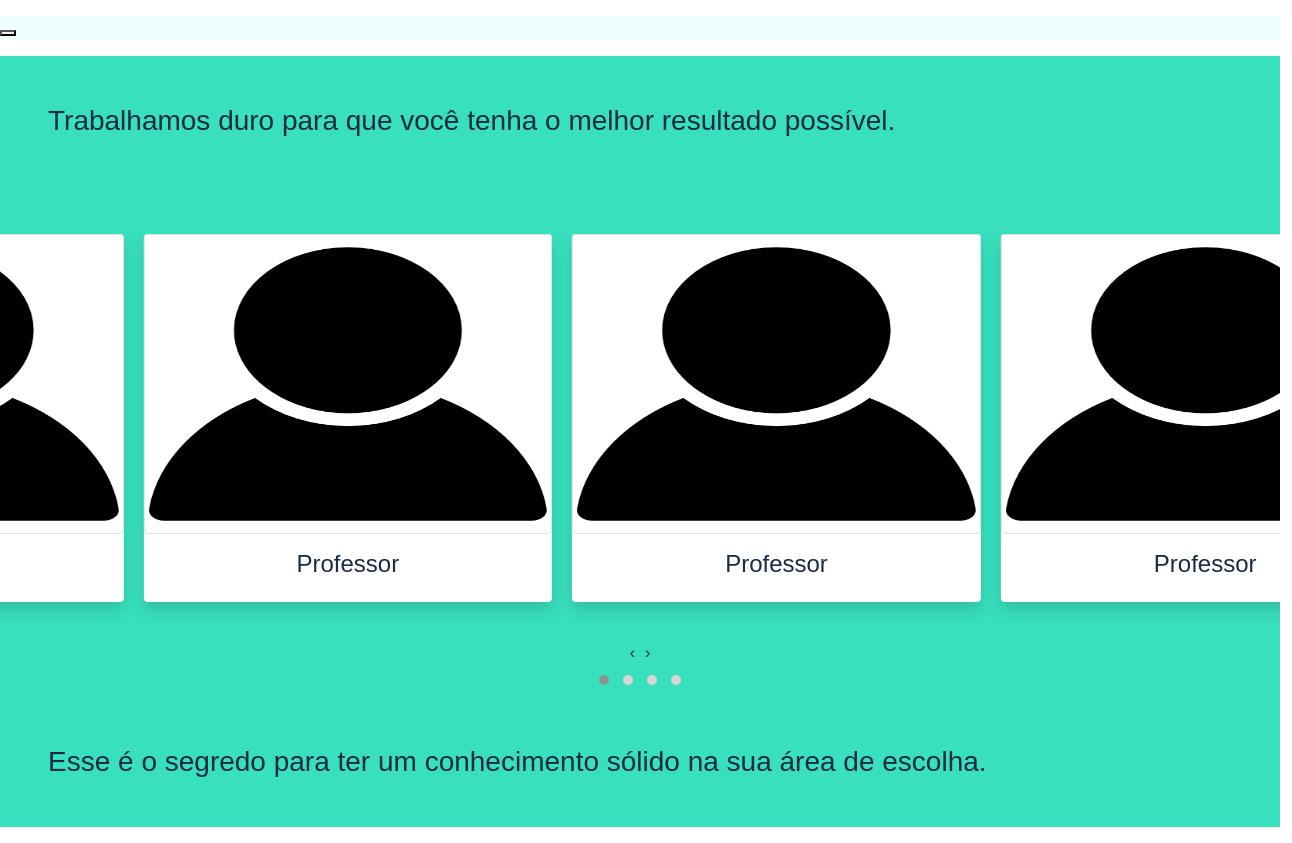
Repository: MarTech-Coders-Planejamento/site-oficial
Page: home.html
These files come from the project's save history. The page is drawn as it stood at one moment and after the next save; the edit follows.
The browser window is 1280 px wide. The page is 1292 px wide, so the pictures cover 1292 px, including what lies to the right of the window. The pictures show the whole page.
Some web fonts or font styles are not loaded; a fallback is used.

Above is the page before, as saved 2021-10-22 23:59:14.

After the next save:
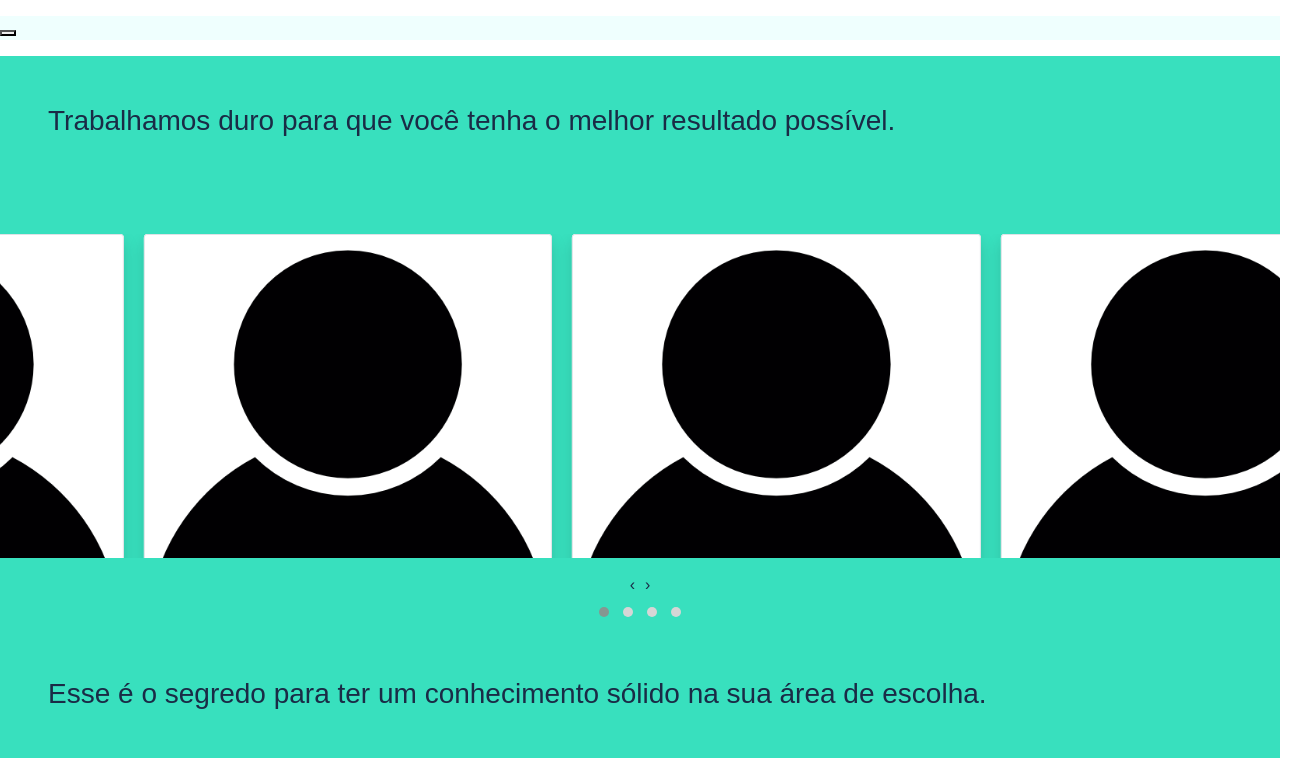
Saved 32 s later.
--- a/css/home.css
+++ b/css/home.css
@@ -23,7 +23,7 @@
   color: var(--texto);
 }
 
-.item img{
+.item {
   height: 300px;
 }
 
